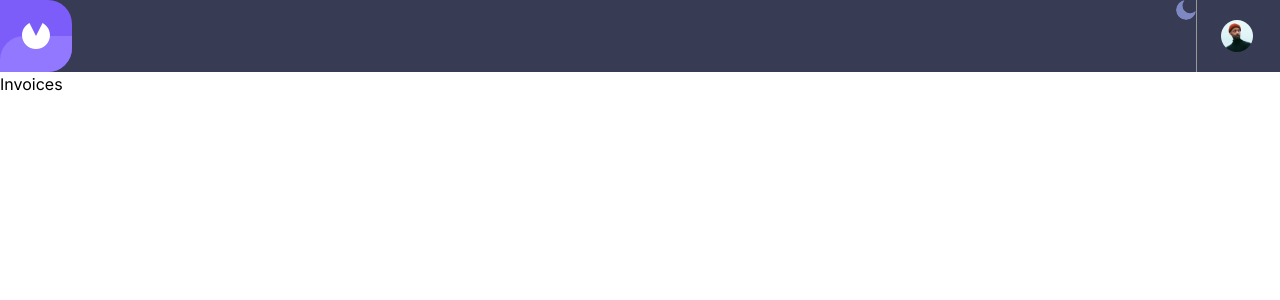
Repository: theoneswhodead/invoice-app
Page: /
These files come from the project's save history. The page is drawn as it stood at one moment and after a run of saves; the edit follows.
The browser window is 1280 px wide. The pictures show the whole page.
The project was rebuilt for these pictures with package versions that can differ from the ones it lists, and the page was loaded fresh each time. The framework's server and built-in components were replaced by stand-ins that run in the browser. Also part of the build but not shown: next.config.mjs.

Above is the page before, as saved 2024-08-19 18:15:00.

### app/layout.tsx
import type { Metadata } from "next";
import { Inter } from "next/font/google";
import "./globals.css";

const inter = Inter({ subsets: ["latin"] });

export const metadata: Metadata = {
  title: "Invoice app<",
  description: "Invoice app",
};

export default function RootLayout({
  children,
}: Readonly<{
  children: React.ReactNode;
}>) {
  return (
    <html lang="en">
      <head>
        <link
            rel="icon"
            type="image/png"
            sizes="16x16"
            href="/favicon-32x32.png"
          />
      </head>
      <body className={inter.className}>{children}</body>
    </html>
  );
}

### app/page.tsx
import BarMenu from "./components/BarMenu";
import Invoices from "./components/Invoices";

export default function Home() {
  return (
    <main className="">
      <BarMenu />
      <Invoices />
    </main>
  );
}

### app/globals.css
@import url('https://fonts.googleapis.com/css2?family=League+Spartan:wght@100..900&display=swap');

@tailwind base;
@tailwind components;
@tailwind utilities;

### app/components/BarMenu.tsx
import React from 'react'
import Image from 'next/image'

const BarMenu = () => {
  return (
    <nav className='bg-gray h-[4.5rem] flex justify-between'>
      <div className='flex justify-between w-full'>
        <div className='bg-purple h-[4.5rem] w-[4.5rem] rounded-r-3xl relative'>

            <Image
                src="/logo.svg"
                width={28}
                height={26}
                alt="Logo"
                className='absolute top-1/2 left-1/2 translate-y-[-50%] translate-x-[-50%]'
            />
            <div className='bg-light_purple w-[4.5rem] h-[2.25rem] mt-[36px] rounded-br-3xl rounded-tl-3xl'>

            </div>
        </div>
        <div>
            <Image
                src="/icon-moon.svg"
                width={20}
                height={20}
                alt="Theme Mode"
                className='rounded-full'
            />
        </div>
      </div>
      <div className='border-l border-light_gray w-[90px]'>
        <Image
            src="/image-avatar.jpg"
            width={32}
            height={32}
            alt="Avatar"
            className='rounded-full my-[1.25rem] mx-[1.5rem]'
        />
      </div>
    </nav>
  )
}

export default BarMenu

### app/components/Invoices.tsx
import React from 'react'

const Invoices = () => {
  return (
    <div>
      Invoices
    </div>
  )
}

export default Invoices

### tailwind.config.ts
import type { Config } from "tailwindcss";

const config: Config = {
  content: [
    "./pages/**/*.{js,ts,jsx,tsx,mdx}",
    "./components/**/*.{js,ts,jsx,tsx,mdx}",
    "./app/**/*.{js,ts,jsx,tsx,mdx}",
  ],
  darkMode: 'selector',
  theme: {
    extend: {
      colors: {
        "purple": "#7C5DFA",
        "light_purple": "#9277FF",
        "charcoal_blue": "#1E2139",
        "charcoal_gray": "#252945",
        "lavender_blue": "#DFE3FA",
        "cool_gray": "#888EB0",
        "wild_blue_yonder": "#7E88C3",
        "gunmetal": "#0C0E16",
        "coral_red": "#EC5757",
        "periwinkle": "#9277FF",
        "off_white": "#F8F8FB",
        "rich_black": "#141625",
        "gray": "#373B53",
        "light_gray": "#979797"
      },
      fontFamily: {
        Leagie_Spartan: ["League Spartan", "sans-serif"],
      },
      screens: {
        xxs: "280px",
        xs: "375px",
        ss: "580px",
        sm: "768px",
        md: "1060px",
        lg: "1440px",
        xl: "1700px",
      },
    },
  },
  plugins: [],
};
export default config;

After the next 2 saves:
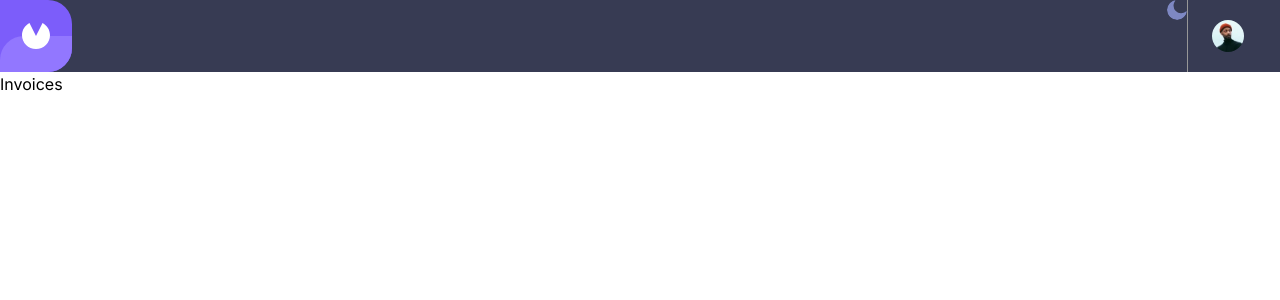
The 2 saves are shown as one change because they came seconds apart.
The last was saved 5 s later.
--- a/app/components/BarMenu.tsx
+++ b/app/components/BarMenu.tsx
@@ -28,7 +28,7 @@ const BarMenu = () => {
             />
         </div>
       </div>
-      <div className='border-l border-light_gray w-[90px]'>
+      <div className='border-l border-light_gray w-[100px]'>
         <Image
             src="/image-avatar.jpg"
             width={32}
